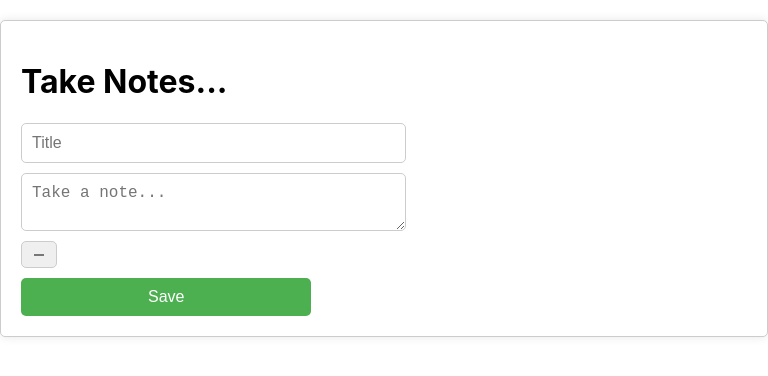
Repository: drumsmanku/google-keep-clone-1
Page: /
An editor plug-in stored every save of this project. The page is shown before and after the next save, followed by the edit.
The browser window is 768 px wide. The pictures show the whole page.
The project was rebuilt for these pictures with package versions that can differ from the ones it lists, and the page was loaded fresh each time. Also part of the build but not shown: src/Components/Note.css, src/Components/Note.js.

Above is the page before, as saved 2023-12-23 11:09:01.

After the next save:
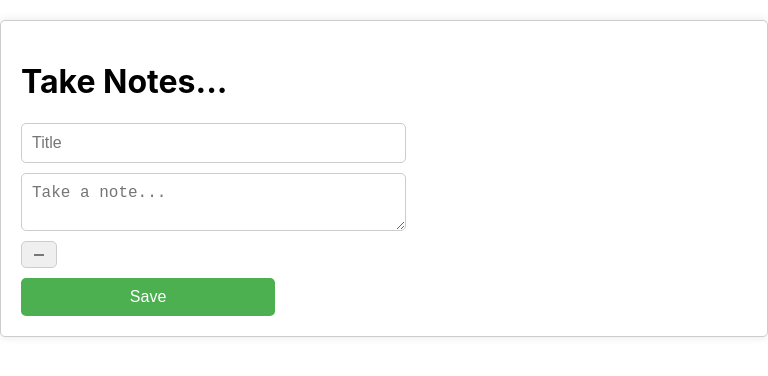
Saved 6 s later.
--- a/src/Components/NoteForm.css
+++ b/src/Components/NoteForm.css
@@ -42,6 +42,6 @@
 
 @media (max-width: 768px) {
   .note-form button{
-    width: 40%;
+    width: 35%;
   }
 }
